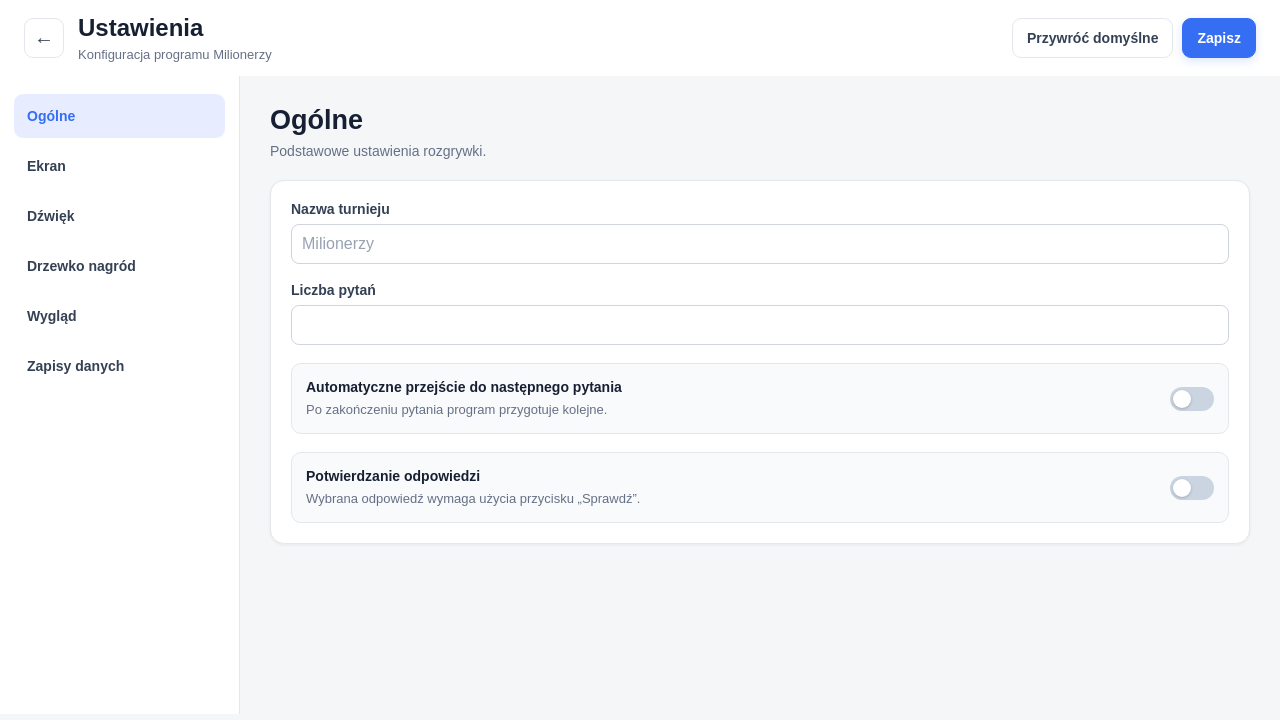
Repository: WaleonGames/HTGMilionerzy
Page: views/settings.html
These files come from the project's save history. The page is drawn as it stood at one moment and after the next save; the edit follows.
The browser window is 1280 px wide. The pictures show the whole page.

Above is the page before, as saved 2026-09-06 19:41:14.

### views/settings.html
<!doctype html>
<html lang="pl">
<head>
  <meta charset="UTF-8">
  <meta name="viewport" content="width=device-width,initial-scale=1.0">

  <title>Milionerzy - Ustawienia</title>

  <link rel="stylesheet" href="../public/css/style.css">
  <link rel="stylesheet" href="../public/css/design.css">
</head>
<body>
  <div class="app">
    <header class="topbar">
      <div class="topbar-left">
        <button
          id="backButton"
          class="button button-icon"
          type="button"
          aria-label="Powrót"
        >
          ←
        </button>

        <div>
          <h1>Ustawienia</h1>

          <p>
            Konfiguracja programu Milionerzy
          </p>
        </div>
      </div>

      <div class="topbar-actions">
        <button
          id="resetButton"
          class="button button-secondary"
          type="button"
        >
          Przywróć domyślne
        </button>

        <button
          id="saveButton"
          class="button button-primary"
          type="button"
        >
          Zapisz
        </button>
      </div>
    </header>

    <main class="app-layout">
      <aside class="sidebar">
        <nav class="nav">
          <button
            class="nav-item active"
            data-tab="general"
            type="button"
          >
            Ogólne
          </button>

          <button
            class="nav-item"
            data-tab="screen"
            type="button"
          >
            Ekran
          </button>

          <button
            class="nav-item"
            data-tab="sound"
            type="button"
          >
            Dźwięk
          </button>

          <button
            class="nav-item"
            data-tab="prizeTree"
            type="button"
          >
            Drzewko nagród
          </button>

          <button
            class="nav-item"
            data-tab="appearance"
            type="button"
          >
            Wygląd
          </button>

          <button
            class="nav-item"
            data-tab="dataStorage"
            type="button"
          >
            Zapisy danych
          </button>
        </nav>
      </aside>

      <section class="content">
        <!-- =========================
             OGÓLNE
        ========================= -->

        <section
          class="tab-panel active"
          data-panel="general"
        >
          <div class="section-header">
            <h2>Ogólne</h2>

            <p>
              Podstawowe ustawienia rozgrywki.
            </p>
          </div>

          <div class="card form">
            <div class="form-field">
              <label for="gameTitle">
                Nazwa turnieju
              </label>

              <input
                id="gameTitle"
                type="text"
                placeholder="Milionerzy"
              >
            </div>

            <div class="form-field">
              <label for="questionsCount">
                Liczba pytań
              </label>

              <input
                id="questionsCount"
                type="number"
                min="1"
                max="50"
              >
            </div>

            <label class="setting-row">
              <div>
                <strong>
                  Automatyczne przejście do następnego pytania
                </strong>

                <span>
                  Po zakończeniu pytania program przygotuje kolejne.
                </span>
              </div>

              <input
                id="autoNextQuestion"
                type="checkbox"
              >
            </label>

            <label class="setting-row">
              <div>
                <strong>
                  Potwierdzanie odpowiedzi
                </strong>

                <span>
                  Wybrana odpowiedź wymaga użycia przycisku „Sprawdź”.
                </span>
              </div>

              <input
                id="confirmAnswer"
                type="checkbox"
              >
            </label>
          </div>
        </section>

        <!-- =========================
             EKRAN
        ========================= -->

        <section
          class="tab-panel"
          data-panel="screen"
        >
          <div class="section-header">
            <h2>Ekran</h2>

            <p>
              Ustawienia okna gry i ekranów zewnętrznych.
            </p>
          </div>

          <div class="card form">
            <label class="setting-row">
              <div>
                <strong>
                  Pełny ekran
                </strong>

                <span>
                  Uruchamiaj ekran turnieju w trybie pełnoekranowym.
                </span>
              </div>

              <input
                id="fullscreen"
                type="checkbox"
              >
            </label>

            <label class="setting-row">
              <div>
                <strong>
                  Informacje techniczne
                </strong>

                <span>
                  Wyświetlaj informacje techniczne na ekranie rozgrywki.
                </span>
              </div>

              <input
                id="technicalInfo"
                type="checkbox"
              >
            </label>

            <div class="form-field">
              <label for="screenIndex">
                Numer monitora
              </label>

              <input
                id="screenIndex"
                type="number"
                min="0"
              >
            </div>

            <div class="form-grid">
              <div class="form-field">
                <label for="screenWidth">
                  Szerokość
                </label>

                <input
                  id="screenWidth"
                  type="number"
                  min="640"
                >
              </div>

              <div class="form-field">
                <label for="screenHeight">
                  Wysokość
                </label>

                <input
                  id="screenHeight"
                  type="number"
                  min="480"
                >
              </div>
            </div>
          </div>
        </section>

        <!-- =========================
             DŹWIĘK
        ========================= -->

        <section
          class="tab-panel"
          data-panel="sound"
        >
          <div class="section-header">
            <h2>Dźwięk</h2>

            <p>
              Głośność i odtwarzanie efektów.
            </p>
          </div>

          <div class="card form">
            <div class="form-field">
              <label for="masterVolume">
                Głośność główna

                <span id="masterVolumeValue">
                  100%
                </span>
              </label>

              <input
                id="masterVolume"
                type="range"
                min="0"
                max="100"
                step="1"
              >
            </div>

            <label class="setting-row">
              <div>
                <strong>
                  Dźwięki interfejsu
                </strong>

                <span>
                  Odtwarzaj dźwięki przy działaniach w panelu.
                </span>
              </div>

              <input
                id="interfaceSounds"
                type="checkbox"
              >
            </label>

            <label class="setting-row">
              <div>
                <strong>
                  Dźwięki gry
                </strong>

                <span>
                  Odtwarzaj muzykę i efekty podczas rozgrywki.
                </span>
              </div>

              <input
                id="gameSounds"
                type="checkbox"
              >
            </label>
          </div>
        </section>

        <!-- =========================
             DRZEWKO NAGRÓD
        ========================= -->

        <section
          class="tab-panel"
          data-panel="prizeTree"
        >
          <div class="section-header">
            <h2>Drzewko nagród</h2>

            <p>
              Kwoty i progi gwarantowane.
            </p>
          </div>

          <div class="card form">
            <div class="form-field">
              <label for="currency">
                Waluta
              </label>

              <input
                id="currency"
                type="text"
                placeholder="zł"
              >
            </div>

            <div
              id="prizeLevels"
              class="prize-list"
            ></div>
          </div>
        </section>

        <!-- =========================
             WYGLĄD
        ========================= -->

        <section
          class="tab-panel"
          data-panel="appearance"
        >
          <div class="section-header">
            <h2>Wygląd</h2>

            <p>
              Kolory i ustawienia interfejsu.
            </p>
          </div>

          <div class="card form">
            <div class="form-field">
              <label for="theme">
                Motyw
              </label>

              <select id="theme">
                <option value="dark">
                  Ciemny
                </option>

                <option value="light">
                  Jasny
                </option>
              </select>
            </div>

            <div class="form-field">
              <label for="accentColor">
                Kolor główny
              </label>

              <input
                id="accentColor"
                type="color"
              >
            </div>

            <label class="setting-row">
              <div>
                <strong>
                  Animacje
                </strong>

                <span>
                  Włącz animacje przejść i odpowiedzi.
                </span>
              </div>

              <input
                id="animations"
                type="checkbox"
              >
            </label>
          </div>
        </section>

        <!-- =========================
             ZAPISY DANYCH
        ========================= -->

        <section
          class="tab-panel"
          data-panel="dataStorage"
        >
          <div class="section-header">
            <h2>Zapisy danych</h2>

            <p>
              Ustawienia lokalnego zapisu danych programu.
            </p>
          </div>

          <div class="card form">
            <label class="setting-row">
              <div>
                <strong>
                  Automatyczny zapis
                </strong>

                <span>
                  Zapisuj dane automatycznie po zmianach.
                </span>
              </div>

              <input
                id="autoSave"
                type="checkbox"
              >
            </label>

            <label class="setting-row">
              <div>
                <strong>
                  Automatyczne kopie zapasowe
                </strong>

                <span>
                  Twórz kopię danych programu.
                </span>
              </div>

              <input
                id="autoBackup"
                type="checkbox"
              >
            </label>

            <div class="form-field">
              <label for="backupInterval">
                Interwał kopii zapasowej w minutach
              </label>

              <input
                id="backupInterval"
                type="number"
                min="1"
              >
            </div>
          </div>
        </section>
      </section>
    </main>

    <div
      id="statusMessage"
      class="status-message"
      hidden
    ></div>
  </div>

  <script src="../public/js/design.js"></script>
  <script src="../public/js/settings.js"></script>
</body>
</html>

Loaded but not shown: public/js/settings.js (522 lines, source omitted); public/js/design.js (200 lines, source omitted); public/css/design.css (1128 lines, source omitted); public/css/style.css (924 lines, source omitted)

After the next save:
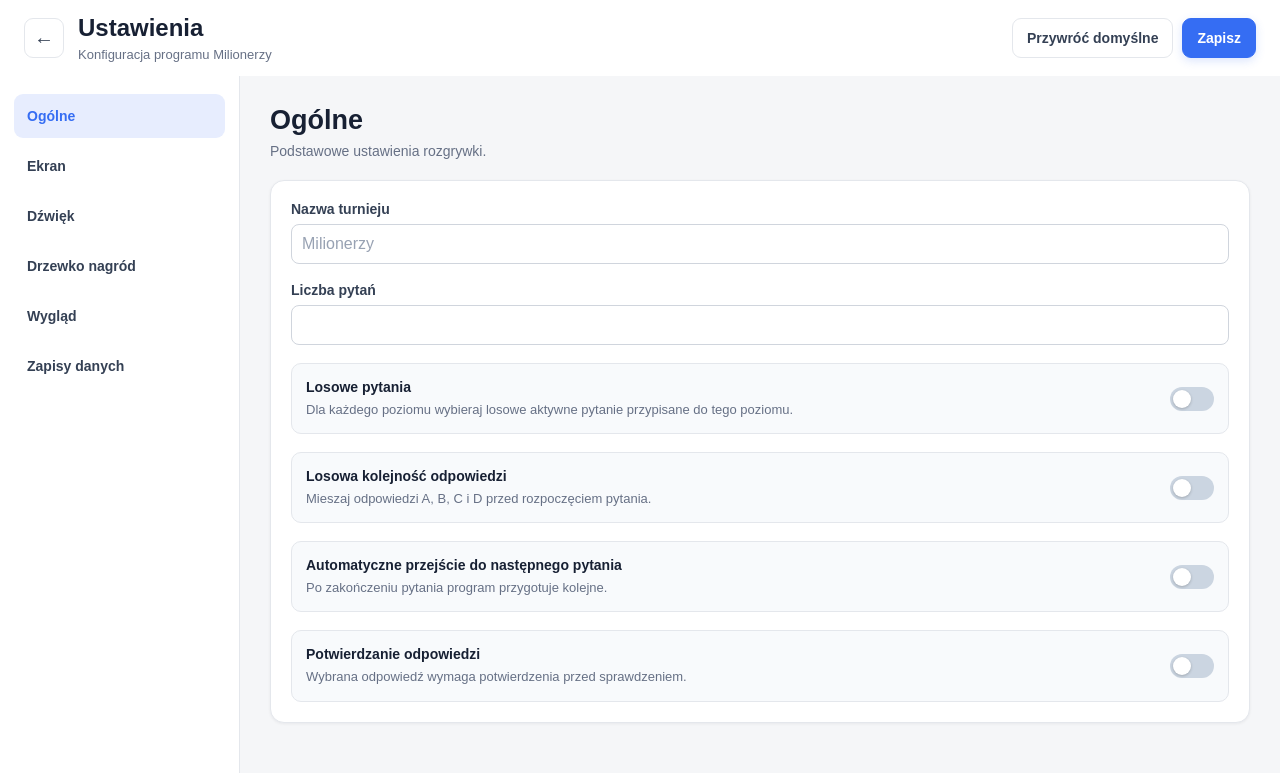
Saved 2 min 5 s later.
--- a/views/settings.html
+++ b/views/settings.html
@@ -23,7 +23,9 @@
         </button>
 
         <div>
-          <h1>Ustawienia</h1>
+          <h1>
+            Ustawienia
+          </h1>
 
           <p>
             Konfiguracja programu Milionerzy
@@ -113,7 +115,9 @@
           data-panel="general"
         >
           <div class="section-header">
-            <h2>Ogólne</h2>
+            <h2>
+              Ogólne
+            </h2>
 
             <p>
               Podstawowe ustawienia rozgrywki.
@@ -149,6 +153,40 @@
             <label class="setting-row">
               <div>
                 <strong>
+                  Losowe pytania
+                </strong>
+
+                <span>
+                  Dla każdego poziomu wybieraj losowe aktywne pytanie przypisane do tego poziomu.
+                </span>
+              </div>
+
+              <input
+                id="randomQuestions"
+                type="checkbox"
+              >
+            </label>
+
+            <label class="setting-row">
+              <div>
+                <strong>
+                  Losowa kolejność odpowiedzi
+                </strong>
+
+                <span>
+                  Mieszaj odpowiedzi A, B, C i D przed rozpoczęciem pytania.
+                </span>
+              </div>
+
+              <input
+                id="randomAnswers"
+                type="checkbox"
+              >
+            </label>
+
+            <label class="setting-row">
+              <div>
+                <strong>
                   Automatyczne przejście do następnego pytania
                 </strong>
 
@@ -170,7 +208,7 @@
                 </strong>
 
                 <span>
-                  Wybrana odpowiedź wymaga użycia przycisku „Sprawdź”.
+                  Wybrana odpowiedź wymaga potwierdzenia przed sprawdzeniem.
                 </span>
               </div>
 
@@ -191,7 +229,9 @@
           data-panel="screen"
         >
           <div class="section-header">
-            <h2>Ekran</h2>
+            <h2>
+              Ekran
+            </h2>
 
             <p>
               Ustawienia okna gry i ekranów zewnętrznych.
@@ -282,7 +322,9 @@
           data-panel="sound"
         >
           <div class="section-header">
-            <h2>Dźwięk</h2>
+            <h2>
+              Dźwięk
+            </h2>
 
             <p>
               Głośność i odtwarzanie efektów.
@@ -353,7 +395,9 @@
           data-panel="prizeTree"
         >
           <div class="section-header">
-            <h2>Drzewko nagród</h2>
+            <h2>
+              Drzewko nagród
+            </h2>
 
             <p>
               Kwoty i progi gwarantowane.
@@ -389,7 +433,9 @@
           data-panel="appearance"
         >
           <div class="section-header">
-            <h2>Wygląd</h2>
+            <h2>
+              Wygląd
+            </h2>
 
             <p>
               Kolory i ustawienia interfejsu.
@@ -452,7 +498,9 @@
           data-panel="dataStorage"
         >
           <div class="section-header">
-            <h2>Zapisy danych</h2>
+            <h2>
+              Zapisy danych
+            </h2>
 
             <p>
               Ustawienia lokalnego zapisu danych programu.
